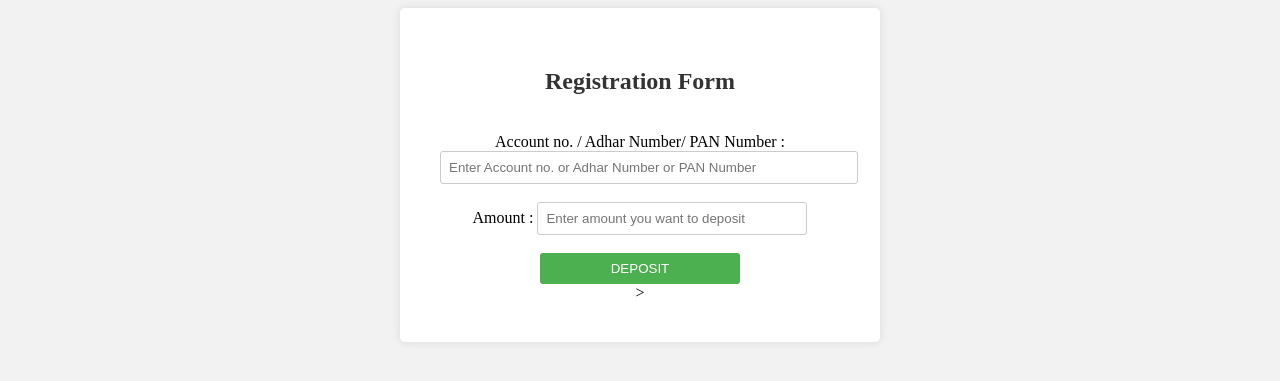
Repository: mansistic-0n3/Java_IGT
Page: Java Project/BankJSP/src/main/webapp/Deposit.html
The author's editor kept a copy of each file at every save. The page is drawn from the files as they stood at one save, then again after the next save.
The browser window is 1280 px wide. The pictures show the whole page.

Above is the page before, as saved 2023-06-28 21:46:33.

### Java Project/BankJSP/src/main/webapp/Deposit.html
<!DOCTYPE html>
<html>
<head>
  <title>Registration Form</title>
</head>
<body style="background-color: #f2f2f2; text-align:center;">
  <div style="max-width: 400px; margin: 0 auto; padding: 40px; background-color: #ffffff; border-radius: 5px; box-shadow: 0 0 10px rgba(0, 0, 0, 0.1);">
    <h2 style="text-align: center; color: #333333;">Registration Form</h2>
    <form action="dep">
      <br>
        Account no. / Adhar Number/ PAN Number : <input type="text" name="name" placeholder="Enter Account no. or Adhar Number or PAN Number" style="width: 100%; padding: 8px; border-radius: 3px; border: 1px solid #cccccc;">
      <br><br>
        Amount : <input type="password" name="pass" placeholder="Enter amount you want to deposit" style="width: 63%; padding: 8px; border-radius: 3px; border: 1px solid #cccccc;">
      <br><br>
        <button type="submit" style="width: 50%; padding: 8px; border-radius: 3px; border: none; background-color: #4CAF50; color: #ffffff; cursor: pointer;">DEPOSIT</button>
  </form>></div>
</body>
</html>

After the next save:
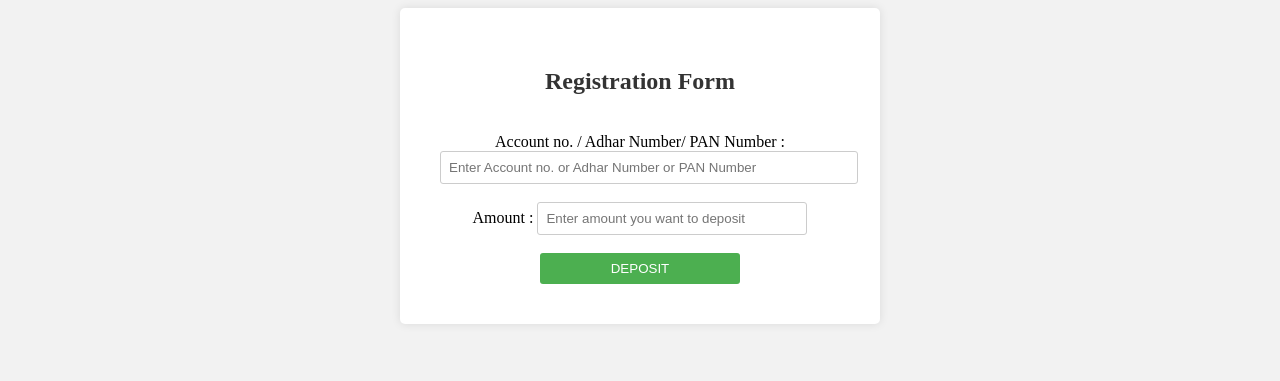
Saved 13 s later.
--- a/Java Project/BankJSP/src/main/webapp/Deposit.html
+++ b/Java Project/BankJSP/src/main/webapp/Deposit.html
@@ -13,6 +13,6 @@
         Amount : <input type="password" name="pass" placeholder="Enter amount you want to deposit" style="width: 63%; padding: 8px; border-radius: 3px; border: 1px solid #cccccc;">
       <br><br>
         <button type="submit" style="width: 50%; padding: 8px; border-radius: 3px; border: none; background-color: #4CAF50; color: #ffffff; cursor: pointer;">DEPOSIT</button>
-  </form>></div>
+  </form></div>
 </body>
 </html>
